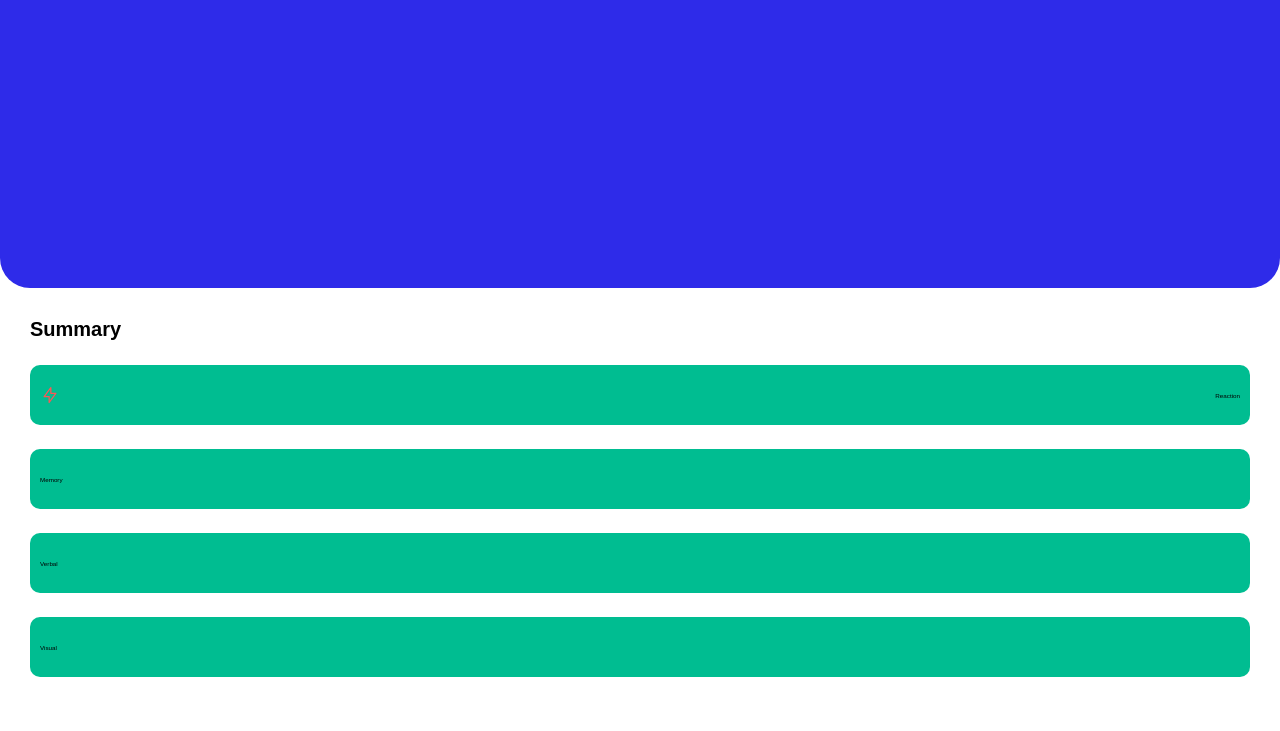
Repository: limaneto/frontend-mentor-results-summary
Page: index.html
These files come from the project's save history. The page is drawn as it stood at one moment and after the next save; the edit follows.
The browser window is 1280 px wide. The pictures show the whole page.

Above is the page before, as saved 2023-11-06 01:31:19.

### index.html
<!DOCTYPE html>
<html lang="en">
  <head>
    <meta charset="UTF-8">
    <meta name="viewport" content="width=device-width, initial-scale=1.0">
    <link rel="stylesheet" href="style.css">
  </head>
  <body>
    <main>
      <section id='result'></section>
      <summary>
        <h2>Summary</h2>
        <ul>
          <li>
            <img id='icons' src="./assets/images/icon-reaction.svg" alt="Lightning">
            Reaction
          </li>
          <li>Memory</li>
          <li>Verbal</li>
          <li>Visual</li>
        </ul>
      </summary>
    </main>
  </body>
</html>

### style.css
:root {
  --red: #ff5959;
  --orangey:	#ffb01f;
  --green: #00bd91;
  --blue: #1125d4;
  --pale-blue: rgb(235, 241, 255);
  --white: rgb(255, 255, 255);
  --dark-gray-blue: #303b5a;
  --lavender: #c8c7ff;
  --g-slate-blue: #7857ff;
  --g-royal-blue: #2e2be9;
  --g-violet-blue: #4e21ca;
  --g-persian-blue: #2421ca;
}

@font-face {
  font-family: 'HankenGrotesk', sans-serif;
  src: url(./assets/fonts//HankenGrotesk-VariableFont_wght.ttf);
}

* {
  box-sizing: border-box;
  margin: 0;
  padding: 0;
}

html, body {
  font-size: 62.5%;
  font-family: 'HankenGrotesk', sans-serif;
  height: 100vh;
  width: 100vw;
}

li {
  display: block;
}

main {
  height: 100%;
  width: 100%;
}

section {
  height: 40%;
  background-color: var(--g-royal-blue);
  border-bottom-left-radius: 30px;
  border-bottom-right-radius: 30px;
}

summary {
  padding: 30px;
}

summary > h2 {
  font-size: 2rem;
}

summary > ul > li {
  display: flex;
  align-items: center;
  justify-content: space-between;
  width: 100%;
  height: 60px;
  padding: 0 10px;
  border-radius: 10px;
  background-color: #00bd91;
  margin: 24px 0;
}

After the next save:
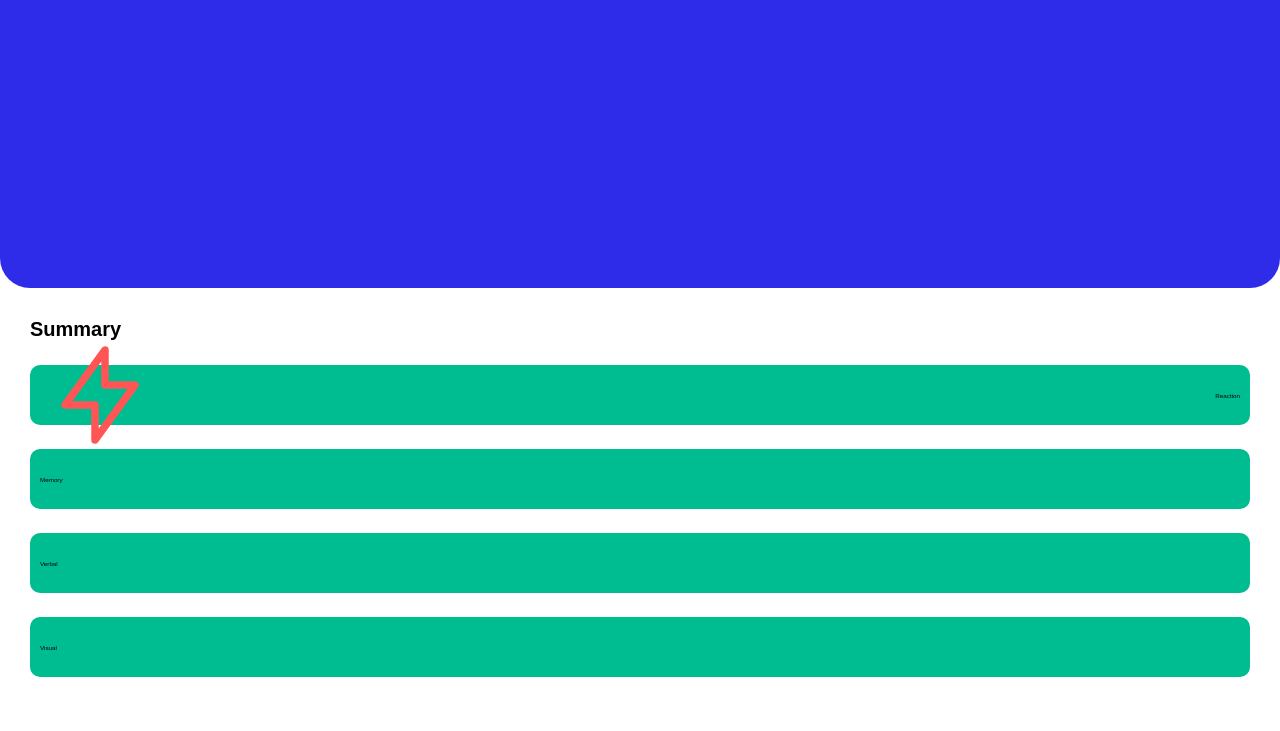
Saved 9 s later.
--- a/style.css
+++ b/style.css
@@ -66,3 +66,7 @@ summary > ul > li {
   background-color: #00bd91;
   margin: 24px 0;
 }
+
+#icons {
+  height: 12rem;
+}

After the save that followed:
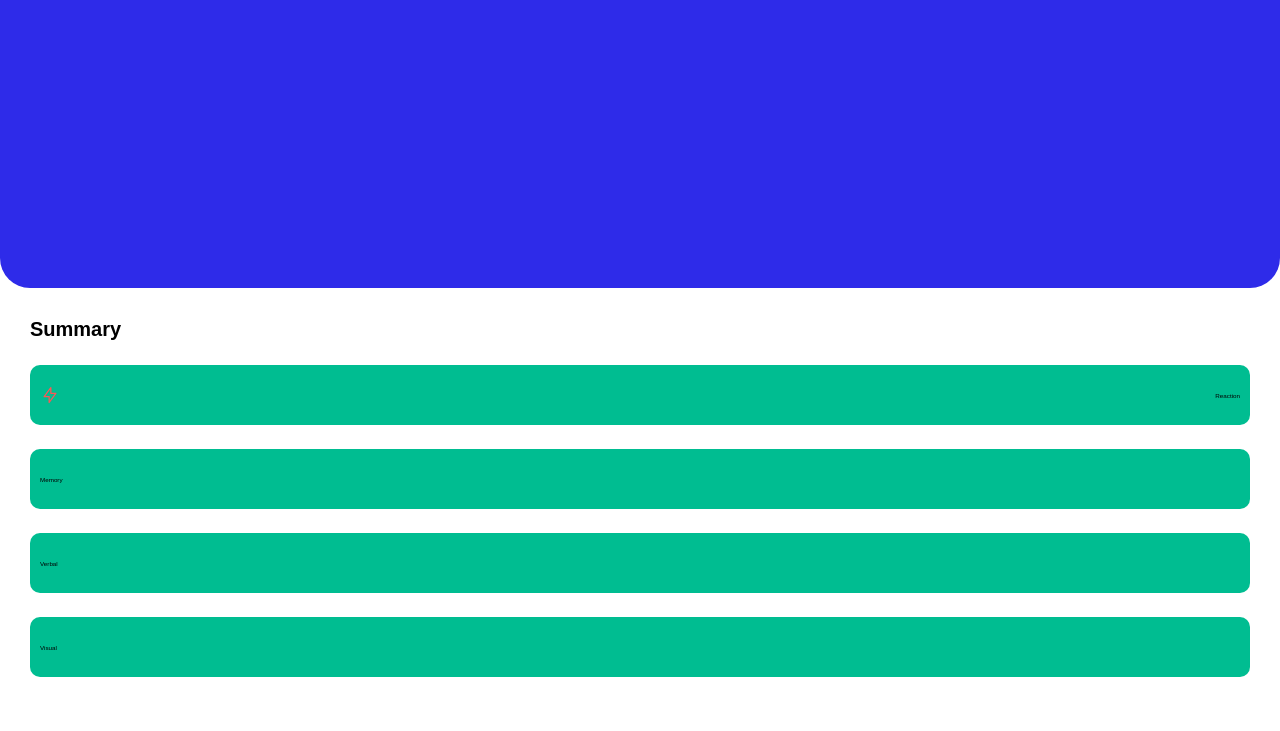
Saved 4 s later.
--- a/style.css
+++ b/style.css
@@ -68,5 +68,5 @@ summary > ul > li {
 }
 
 #icons {
-  height: 12rem;
+  height: 2rem;
 }
